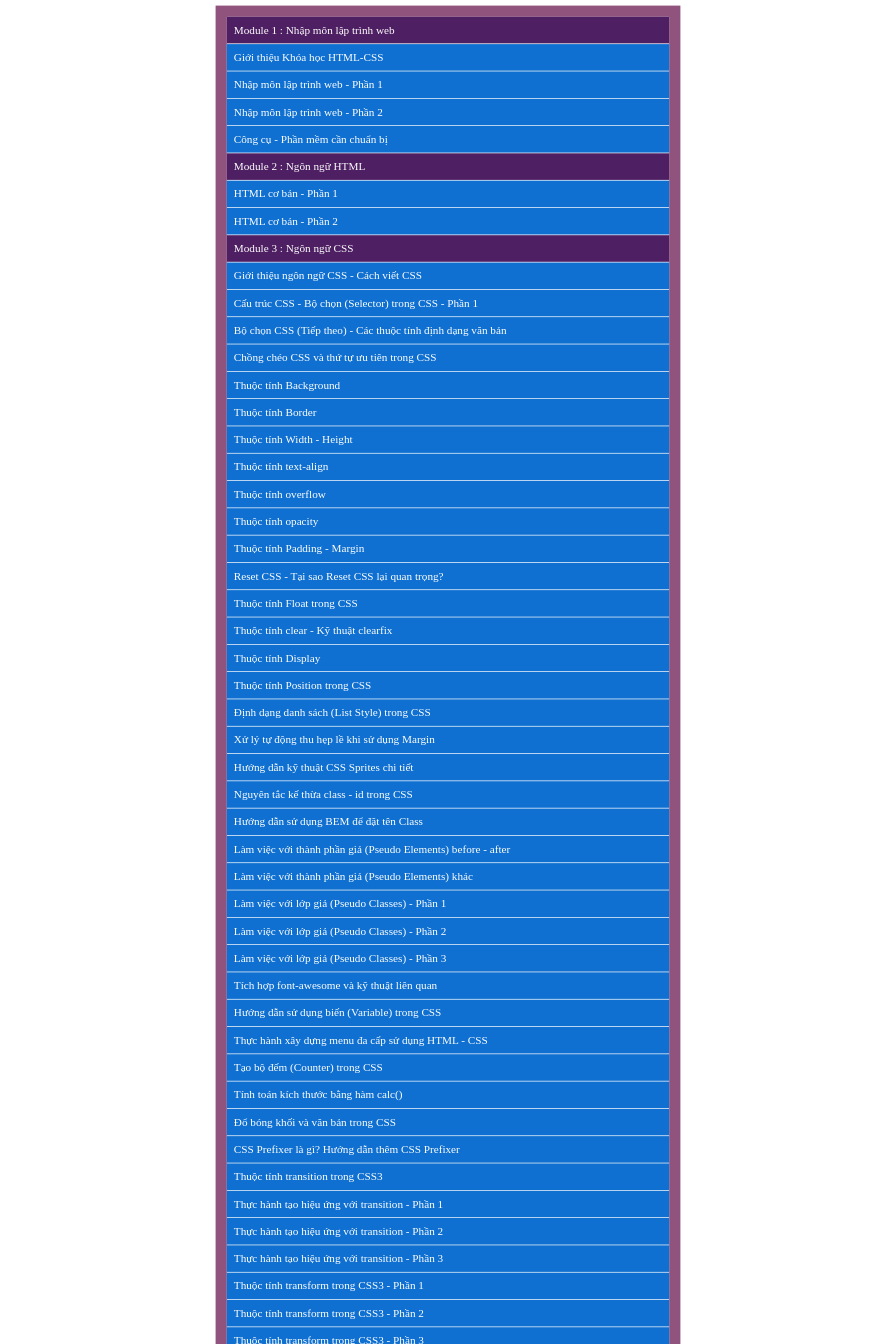
Repository: Dongnguyen318/Quydong
Page: Day 29/index.html
An editor plug-in stored every save of this project. The page is shown before and after the next save, followed by the edit.
The browser window is 1280 px wide. The pictures show the part of the page from y = 0 to 1920 px (the page is 4650 px tall), at 70% of full size.

Above is the page before, as saved 2023-10-01 00:53:57.

### Day 29/index.html
<!DOCTYPE html>
<html>
  <head>
    <link rel="stylesheet" href="./css.css" />
  </head>
  <body>
    <div class="list-hidden"></div>
    <div id="dragList" class="list">
      <div class="active list-item" draggable="true">
        Nhập môn lập trình web
      </div>
      <div class="list-item" draggable="true">Giới thiệu Khóa học HTML-CSS</div>
      <div class="list-item" draggable="true">
        Nhập môn lập trình web - Phần 1
      </div>
      <div class="list-item" draggable="true">
        Nhập môn lập trình web - Phần 2
      </div>
      <div class="list-item" draggable="true">
        Công cụ - Phần mềm cần chuẩn bị
      </div>
      <div class="active list-item" draggable="true">Ngôn ngữ HTML</div>
      <div class="list-item" draggable="true">HTML cơ bản - Phần 1</div>
      <div class="list-item" draggable="true">HTML cơ bản - Phần 2</div>
      <div class="active list-item" draggable="true">Ngôn ngữ CSS</div>
      <div class="list-item" draggable="true">
        Giới thiệu ngôn ngữ CSS - Cách viết CSS
      </div>
      <div class="list-item" draggable="true">
        Cấu trúc CSS - Bộ chọn (Selector) trong CSS - Phần 1
      </div>
      <div class="list-item" draggable="true">
        Bộ chọn CSS (Tiếp theo) - Các thuộc tính định dạng văn bản
      </div>
      <div class="list-item" draggable="true">
        Chồng chéo CSS và thứ tự ưu tiên trong CSS
      </div>
      <div class="list-item" draggable="true">Thuộc tính Background</div>
      <div class="list-item" draggable="true">Thuộc tính Border</div>
      <div class="list-item" draggable="true">Thuộc tính Width - Height</div>
      <div class="list-item" draggable="true">Thuộc tính text-align</div>
      <div class="list-item" draggable="true">Thuộc tính overflow</div>
      <div class="list-item" draggable="true">Thuộc tính opacity</div>
      <div class="list-item" draggable="true">Thuộc tính Padding - Margin</div>
      <div class="list-item" draggable="true">
        Reset CSS - Tại sao Reset CSS lại quan trọng?
      </div>
      <div class="list-item" draggable="true">Thuộc tính Float trong CSS</div>
      <div class="list-item" draggable="true">
        Thuộc tính clear - Kỹ thuật clearfix
      </div>
      <div class="list-item" draggable="true">Thuộc tính Display</div>
      <div class="list-item" draggable="true">
        Thuộc tính Position trong CSS
      </div>
      <div class="list-item" draggable="true">
        Định dạng danh sách (List Style) trong CSS
      </div>
      <div class="list-item" draggable="true">
        Xử lý tự động thu hẹp lề khi sử dụng Margin
      </div>
      <div class="list-item" draggable="true">
        Hướng dẫn kỹ thuật CSS Sprites chi tiết
      </div>
      <div class="list-item" draggable="true">
        Nguyên tắc kế thừa class - id trong CSS
      </div>
      <div class="list-item" draggable="true">
        Hướng dẫn sử dụng BEM để đặt tên Class
      </div>
      <div class="list-item" draggable="true">
        Làm việc với thành phần giả (Pseudo Elements) before - after
      </div>
      <div class="list-item" draggable="true">
        Làm việc với thành phần giả (Pseudo Elements) khác
      </div>
      <div class="list-item" draggable="true">
        Làm việc với lớp giả (Pseudo Classes) - Phần 1
      </div>
      <div class="list-item" draggable="true">
        Làm việc với lớp giả (Pseudo Classes) - Phần 2
      </div>
      <div class="list-item" draggable="true">
        Làm việc với lớp giả (Pseudo Classes) - Phần 3
      </div>
      <div class="list-item" draggable="true">
        Tích hợp font-awesome và kỹ thuật liên quan
      </div>
      <div class="list-item" draggable="true">
        Hướng dẫn sử dụng biến (Variable) trong CSS
      </div>
      <div class="list-item" draggable="true">
        Thực hành xây dựng menu đa cấp sử dụng HTML - CSS
      </div>
      <div class="list-item" draggable="true">
        Tạo bộ đếm (Counter) trong CSS
      </div>
      <div class="list-item" draggable="true">
        Tính toán kích thước bằng hàm calc()
      </div>
      <div class="list-item" draggable="true">
        Đổ bóng khối và văn bản trong CSS
      </div>
      <div class="list-item" draggable="true">
        CSS Prefixer là gì? Hướng dẫn thêm CSS Prefixer
      </div>
      <div class="list-item" draggable="true">
        Thuộc tính transition trong CSS3
      </div>
      <div class="list-item" draggable="true">
        Thực hành tạo hiệu ứng với transition - Phần 1
      </div>
      <div class="list-item" draggable="true">
        Thực hành tạo hiệu ứng với transition - Phần 2
      </div>
      <div class="list-item" draggable="true">
        Thực hành tạo hiệu ứng với transition - Phần 3
      </div>
      <div class="list-item" draggable="true">
        Thuộc tính transform trong CSS3 - Phần 1
      </div>
      <div class="list-item" draggable="true">
        Thuộc tính transform trong CSS3 - Phần 2
      </div>
      <div class="list-item" draggable="true">
        Thuộc tính transform trong CSS3 - Phần 3
      </div>
      <div class="list-item" draggable="true">
        Background Gradient trong CSS3
      </div>
      <div class="list-item" draggable="true">
        Kỹ thuật làm việc với flexbox - Phần 1
      </div>
      <div class="list-item" draggable="true">
        Kỹ thuật làm việc với flexbox - Phần 2
      </div>
      <div class="list-item" draggable="true">
        Kỹ thuật làm việc với flexbox - Phần 3
      </div>
      <div class="list-item" draggable="true">
        Thực hành với flexbox - Phần 1
      </div>
      <div class="list-item" draggable="true">
        Thực hành với flexbox - Phần 2
      </div>
      <div class="list-item" draggable="true">
        Kỹ thuật dựng layout với Grid CSS3
      </div>
      <div class="list-item" draggable="true">
        Tạo hiệu ứng với Animate trong CSS3
      </div>
      <div class="list-item" draggable="true">
        Thực hành tạo hiệu ứng với Animation trong CSS3 - Phần 1
      </div>
      <div class="list-item" draggable="true">
        Thực hành tạo hiệu ứng với Animation trong CSS3 - Phần 2
      </div>
      <div class="list-item" draggable="true">
        Tích hợp và sử dụng thư viện animate.css để tạo hiệu ứng
      </div>
      <div class="list-item" draggable="true">
        Tự xây dựng Grid System để dựng layout với CSS - Phần 1
      </div>
      <div class="list-item" draggable="true">
        Tự xây dựng Grid System để dựng layout với CSS - Phần 2
      </div>
      <div class="active list-item" draggable="true">Responsive Web Design</div>
      <div class="list-item" draggable="true">
        Tổng quan về Responsive Web Design
      </div>
      <div class="list-item" draggable="true">
        Hướng dẫn code Media Queries CSS3
      </div>
      <div class="list-item" draggable="true">
        Tối ưu Responsive Grid System - Phần 1
      </div>
      <div class="list-item" draggable="true">
        Tối ưu Responsive Grid System - Phần 2
      </div>
      <div class="list-item" draggable="true">
        Xây dựng menu responsive chỉ với CSS
      </div>
      <div class="active list-item" draggable="true">
        Xây dựng dự án Nature từ A - Z
      </div>
      <div class="list-item" draggable="true">
        Tổng quan và hướng dẫn xây dựng dự án
      </div>
      <div class="list-item" draggable="true">
        Phân tích và tạo cấu trúc files, folder
      </div>
      <div class="list-item" draggable="true">
        Cài đặt công cụ - Thiết lập load file header - footer
      </div>
      <div class="list-item" draggable="true">
        Thiết lập định dạng chung cho file reset.css - base.css
      </div>
      <div class="list-item" draggable="true">Xây dựng Header - Phần 1</div>
      <div class="list-item" draggable="true">Xây dựng Header - Phần 2</div>
      <div class="list-item" draggable="true">Xây dựng Header - Phần 3</div>
      <div class="list-item" draggable="true">HomePage - Xây dựng Slider</div>
      <div class="list-item" draggable="true">
        HomePage - Xây dựng Service Section
      </div>
      <div class="list-item" draggable="true">
        HomePage - Xây dựng Gallery Ảnh
      </div>
      <div class="list-item" draggable="true">
        HomePage - Xây dựng Product Box - Phần 1
      </div>
      <div class="list-item" draggable="true">
        HomePage - Xây dựng Product Box - Phần 2
      </div>
      <div class="list-item" draggable="true">
        HomePage - Xây dựng Product Box - Phần 3
      </div>
      <div class="list-item" draggable="true">
        HomePage - Xây dựng Product Box - Phần 4
      </div>
      <div class="list-item" draggable="true">
        HomePage - Xây dựng Testimonials Box
      </div>
      <div class="list-item" draggable="true">
        HomePage - Xây dựng Support Box
      </div>
      <div class="list-item" draggable="true">HomePage - Xây dựng News Box</div>
      <div class="list-item" draggable="true">
        HomePage - Xây dựng Brand Box
      </div>
      <div class="list-item" draggable="true">Xây dựng Footer - Phần 1</div>
      <div class="list-item" draggable="true">Xây dựng Footer - Phần 2</div>
      <div class="list-item" draggable="true">
        Xây dựng nút Back To Top Animate
      </div>
      <div class="list-item" draggable="true">
        HomePage - Tối ưu Responsive - Phần 1
      </div>
      <div class="list-item" draggable="true">
        HomePage - Tối ưu Responsive - Phần 2
      </div>
      <div class="list-item" draggable="true">
        HomePage - Tối ưu Responsive - Phần 3
      </div>
      <div class="list-item" draggable="true">
        Category Page - Xây dựng Breadcrumbs
      </div>
      <div class="list-item" draggable="true">
        Category Page - Xây dựng Sidebar - Phần 1
      </div>
      <div class="list-item" draggable="true">
        Category Page - Xây dựng Sidebar - Phần 2
      </div>
      <div class="list-item" draggable="true">
        Category Page - Xây dựng Sidebar - Phần 3
      </div>
      <div class="list-item" draggable="true">
        Category Page - Xây dựng Product Filters
      </div>
      <div class="list-item" draggable="true">
        Category Page - Xây dựng Product Box và Phân trang
      </div>
      <div class="list-item" draggable="true">
        Category Page - Tối ưu Responsive
      </div>
      <div class="list-item" draggable="true">Product Detail Page - Phần 1</div>
      <div class="list-item" draggable="true">Product Detail Page - Phần 2</div>
      <div class="list-item" draggable="true">Product Detail Page - Phần 3</div>
      <div class="list-item" draggable="true">Product Detail Page - Phần 4</div>
      <div class="list-item" draggable="true">Product Detail Page - Phần 5</div>
      <div class="list-item" draggable="true">Product Detail Page - Phần 6</div>
      <div class="list-item" draggable="true">
        Product Detail Page - Tối ưu Responsive
      </div>
      <div class="list-item" draggable="true">
        Tối ưu và hoàn thiện dự án Nature
      </div>
      <div class="list-item" draggable="true">
        Thử thách - Hiểu rõ hơn công việc cắt PSD sang HTML-CSS
      </div>
      <div class="active list-item" draggable="true">
        Deployment Github - Server
      </div>
      <div class="list-item" draggable="true">Tổng quan về GIT - GitHub</div>
      <div class="list-item" draggable="true">
        Hướng dẫn đăng ký tài khoản GitHub
      </div>
      <div class="list-item" draggable="true">
        Tạo Repository và Push code lên GitHub
      </div>
      <div class="list-item" draggable="true">
        Tạo GitHub Pages và xuất bản website
      </div>
      <div class="list-item" draggable="true">
        Cập nhật chỉnh sửa lên GitHub
      </div>
      <div class="list-item" draggable="true">
        Thêm tên miền riêng cho GitHub Pages
      </div>
      <div class="list-item" draggable="true">
        Trỏ tên miền qua Cloudflare và kích hoạt HTTPS
      </div>
      <div class="list-item" draggable="true">Thêm Favicon cho website</div>
    </div>

    <script src="./js.js"></script>
  </body>
</html>

### Day 29/css.css
.list {
  list-style: none;
  padding: 0;
  width: 50%;
  margin: auto;
  border: 1rem solid #90537d;
  color: white;
}

.list-item {
  background-color: #0f70d1;
  padding: 10px;
  margin-bottom: 1px;
  cursor: move;
}
.active.list-item {
  background-color: #4e1f62;
}

### Day 29/js.js
const dragList = document.getElementById("dragList");
let draggedItem = null;

// Add event listeners for drag and drop events
dragList.addEventListener("dragstart", handleDragStart);
dragList.addEventListener("dragover", handleDragOver);
dragList.addEventListener("drop", handleDrop);

// Drag start event handler
function handleDragStart(event) {
  draggedItem = event.target;
  event.dataTransfer.effectAllowed = "move";
  event.dataTransfer.setData("text/html", draggedItem.innerHTML);
  event.target.style.opacity = "0.5";
}

// Drag over event handler
function handleDragOver(event) {
  event.preventDefault();
  event.dataTransfer.dropEffect = "move";
  const targetItem = event.target;
  if (
    targetItem !== draggedItem &&
    targetItem.classList.contains("list-item")
  ) {
    const boundingRect = targetItem.getBoundingClientRect();
    const offset = boundingRect.y + boundingRect.height / 2;

    if (
      targetItem !== draggedItem &&
      targetItem.classList.contains("list-item")
    ) {
      if (
        event.clientY >
        targetItem.getBoundingClientRect().top + targetItem.offsetHeight / 2
      ) {
        targetItem.parentNode.insertBefore(draggedItem, targetItem.nextSibling);
      } else {
        targetItem.parentNode.insertBefore(draggedItem, targetItem);
      }
    }
  }
}

// Drop event handler
function handleDrop(event) {
  event.preventDefault();
  const targetItem = event.target;
  if (
    targetItem !== draggedItem &&
    targetItem.classList.contains("list-item")
  ) {
    if (
      event.clientY >
      targetItem.getBoundingClientRect().top + targetItem.offsetHeight / 2
    ) {
      targetItem.parentNode.insertBefore(draggedItem, targetItem.nextSibling);
    } else {
      targetItem.parentNode.insertBefore(draggedItem, targetItem);
    }
  }
  targetItem.style.borderTop = "";
  targetItem.style.borderBottom = "";
  draggedItem.style.opacity = "";
  draggedItem = null;
  autoIndex(false);
}
const autoIndex = function (isFirstLoad) {
  //auto index for all module
  const modules = [...document.querySelectorAll(".list-item.active")];
  modules.forEach((module, index) => {
    if (isFirstLoad) {
      module.innerHTML = `Module <span>${index + 1}</span>  : ${
        module.innerText
      }`;
    } else {
      module.children[0].innerText = index + 1;
    }
  });
};
autoIndex(true);

After the next save:
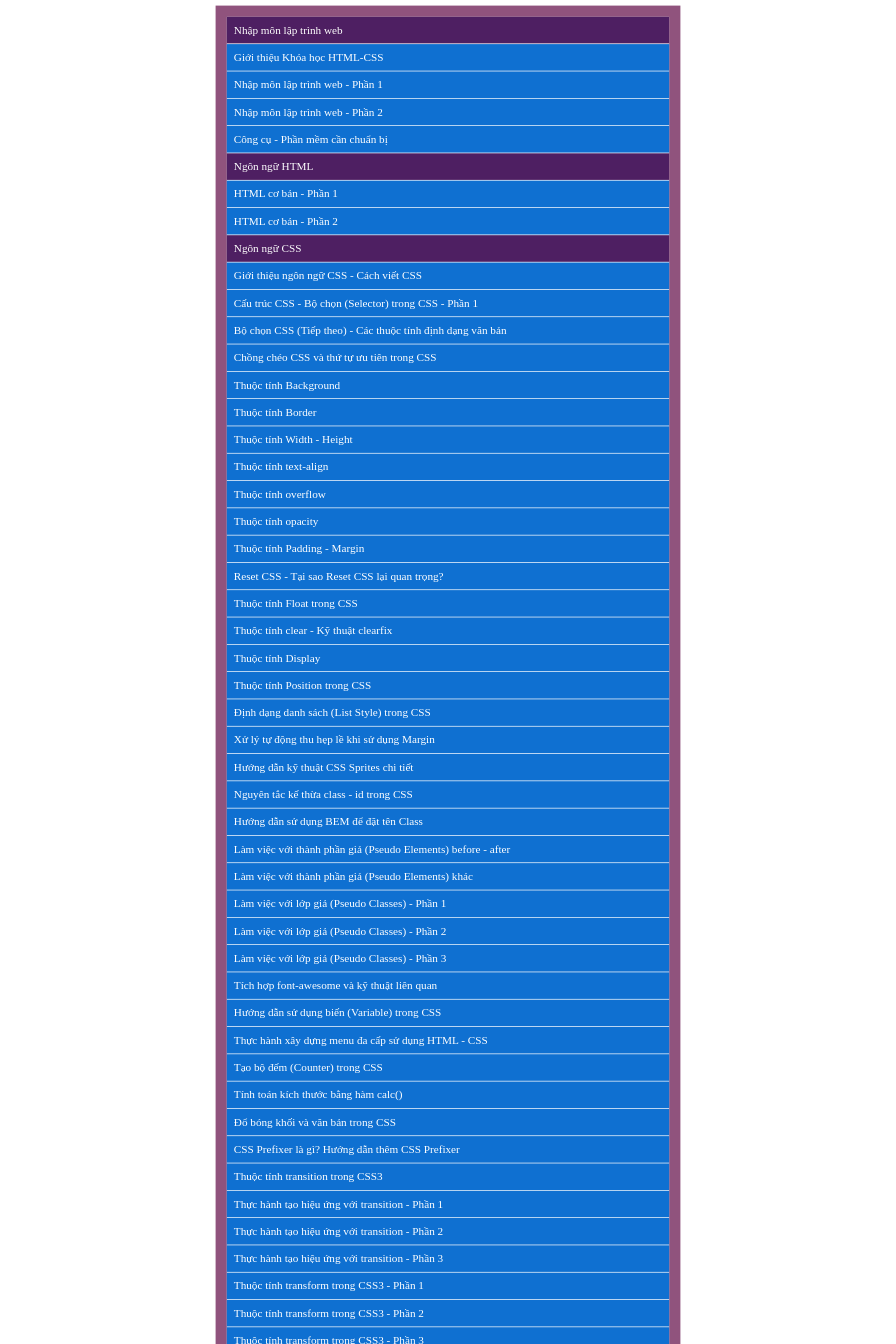
Saved 26 s later.
--- a/Day 29/js.js
+++ b/Day 29/js.js
@@ -65,17 +65,3 @@ function handleDrop(event) {
   draggedItem = null;
   autoIndex(false);
 }
-const autoIndex = function (isFirstLoad) {
-  //auto index for all module
-  const modules = [...document.querySelectorAll(".list-item.active")];
-  modules.forEach((module, index) => {
-    if (isFirstLoad) {
-      module.innerHTML = `Module <span>${index + 1}</span>  : ${
-        module.innerText
-      }`;
-    } else {
-      module.children[0].innerText = index + 1;
-    }
-  });
-};
-autoIndex(true);
